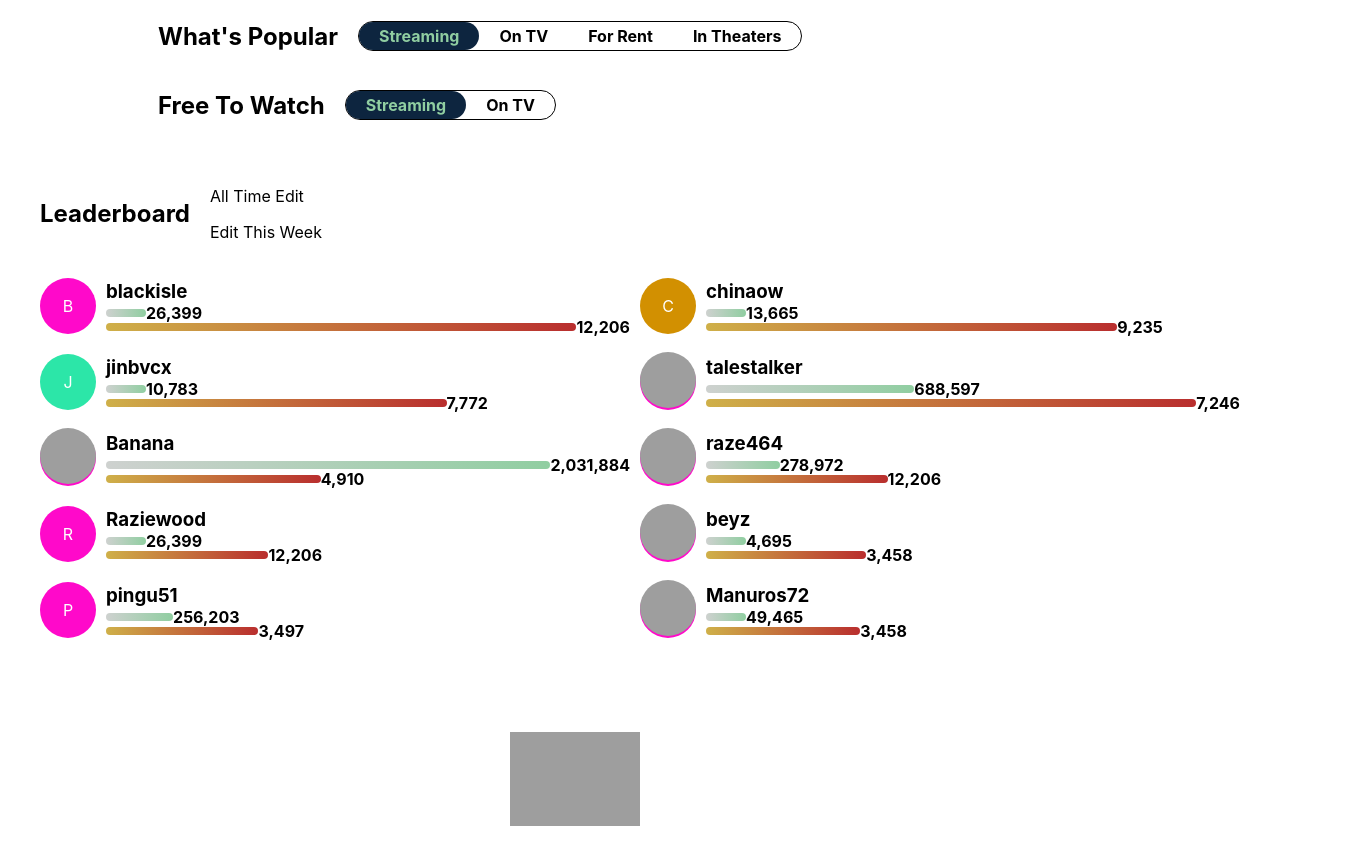
Repository: Fauzaanmhmd/qnpTesFrontend
Page: /
The author's editor kept a copy of each file at every save. The page is drawn from the files as they stood at one save, then again after the next save.
The browser window is 1280 px wide. The page is 1371 px wide, so the pictures cover 1371 px, including what lies to the right of the window. The pictures show the part of the page from y = 366 to 1234 px (the page is 1214 px tall before and 1234 px after).
Pictures or frames that could not be fetched are drawn as grey boxes. The page's requests for data from a server got no answer. The project was rebuilt for these pictures with package versions that can differ from the ones it lists, and the page was loaded fresh each time. The framework's server and built-in components were replaced by stand-ins that run in the browser. No one was signed in, and anything a server would have sent is missing. Also part of the build but not shown: next.config.js, styles/Moviecard.module.scss, pages/components/Moviecard.tsx.

Above is the page before, as saved 2022-03-21 00:43:02.

### pages/index.tsx
import type { NextPage } from 'next'
import styles from '../styles/Home.module.scss'
import Section from './Section'
import { useEffect, useState } from 'react'
import axios from 'axios'
import MovieCard from './components/Moviecard'
import Youtube from 'react-youtube'
import { ReactNode } from 'react'
import Navbar from './components/Navbar'
import Banner from './components/Banner'
import Trailers from './components/Trailers'
import Leaderboard from './Leaderboard'
import Footer from './Footer'


const Home: NextPage = () => {

  const MOVIE_API = "https://api.themoviedb.org/3"
  const SEARCH_API = MOVIE_API + "search/movie"
  const BACKDROP_PATH = "https://image.tmdb.org/t/p/w1280"
  const API_KEY = "b3802c15c1569a1a0caa6bee01c6f23e"
  const DISCOVER_API = `${MOVIE_API}/discover/movie`

  const [movie, setMovie] = useState({ title: "Loading Movies" })
  const [trailer, setTrailer] = useState(null)
  const [playing, setPlaying] = useState(false)
  const [movies, setMovies] = useState([])
  const [searchKey, setSearchKey] = useState("")

  const [activeTab, setActiveTab] = useState("tab1")
  const [activeTab2, setActiveTab2] = useState("tab5")
  const handleTab1 = () => {
    setActiveTab("tab1")
  }
  const handleTab2 = () => {
    setActiveTab("tab2")
  }
  const handleTab3 = () => {
    setActiveTab("tab3")
  }
  const handleTab4 = () => {
    setActiveTab("tab4")
  }
  const handleTab5 = () => {
    setActiveTab2("tab5")
  }
  const handleTab6 = () => {
    setActiveTab2("tab6")
  }

  useEffect(() => {
    fetchMovies()
  }, [])

  const fetchMovies = async () => {

    const { data } = await axios.get(`${searchKey ? SEARCH_API : DISCOVER_API}`, {
      params: {
        api_key: API_KEY,
        query: searchKey
      }
    })

    console.log(data)
    setMovies(data.results)
  }

  const renderMovies = () => {
    return movies?.map((movie: any) => (
      <MovieCard
        key={movie.id}
        movie={movie}
      />
    ))
  }

  return (
    <div>
      <header>
        <Navbar />
      </header>
      <section className={styles.container}>
        <Banner />
      </section>
      <section className={styles.container}>
        <div className={styles.ColumnWrapper}>
          <div className={styles.ContentWrapper}>
            <div className={styles.Column}>
              <div className={styles.ColumnHeader}>
                <h2>What's Popular</h2>
                <div>
                  <div className={styles.Selector}>
                    <div className={`${styles.Anchor} ${activeTab === "tab1" ? styles.active : ""}`} onClick={handleTab1}>
                      <h3>
                        <a>Streaming</a>
                      </h3>
                    </div>
                    <div className={`${styles.Anchor} ${activeTab === "tab2" ? styles.active : ""}`} onClick={handleTab2}>
                      <h3>
                        <a>On TV</a>
                      </h3>
                    </div>
                    <div className={`${styles.Anchor} ${activeTab === "tab3" ? styles.active : ""}`} onClick={handleTab3}>
                      <h3>
                        <a>For Rent</a>
                      </h3>
                    </div>
                    <div className={`${styles.Anchor} ${activeTab === "tab4" ? styles.active : ""}`} onClick={handleTab4}>
                      <h3>
                        <a>In Theaters</a>
                      </h3>
                    </div>
                  </div>
                </div>
              </div>
              <div className={styles.RenderMovie}>
                {renderMovies()}
              </div>
              <div className={styles.ColumnHeader}>
                <h2>Free To Watch</h2>
                <div>
                  <div className={styles.Selector}>
                    <div className={`${styles.Anchor} ${activeTab2 === "tab5" ? styles.active : ""}`} onClick={handleTab5}>
                      <h3>
                        <a>Streaming</a>
                      </h3>
                    </div>
                    <div className={`${styles.Anchor} ${activeTab2 === "tab6" ? styles.active : ""}`} onClick={handleTab6}>
                      <h3>
                        <a>On TV</a>
                      </h3>
                    </div>
                  </div>
                </div>
              </div>
            </div>
          </div>
        </div>
        <Leaderboard />
        <Footer />
      </section>
      {/* <Trailers /> */}
    </div >
  )

}


export default Home

### styles/Home.module.scss
@import "./utils/utils.scss";

.container {
    width: 100%;
    display: flex;
    flex-wrap: wrap;
    align-content: flex-start;
    justify-content: center;
    background-color: #fff;
}

.RenderMovie {
    display: flex;
    align-items: center;
    flex-wrap: nowrap;
    flex-direction: row;
    margin-top: 8px;
    margin: 0 0 0 2rem;
    max-width: 100%;
    overflow-x: auto;
}

.ColumnWrapper {
    width: 100%;
    display: flex;
    justify-content: center;
    align-items: flex-start;
    align-content: flex-start;

    h2 {
        margin-right: 20px;
    }
}

.ContentWrapper {
    max-width: var(--maxPrimaryPageWidth);
    width: 100%;
    display: flex;
    align-items: flex-start;
    align-content: flex-start;
    padding: 0 110px 0 110px;
}

.Column {
    width: 100%;
}

.ColumnHeader {
    display: flex;
    justify-content: flex-start;
    align-items: center;
    align-content: center;
    padding-left: 3rem;
}

.active {
    background-color: $darkblue;
    border-radius: 30px;
    color: $lightgreen;
}

.Selector {
    display: flex;
    justify-content: flex-start;
    align-items: stretch;
    align-content: center;
    border: 1px solid black;
    border-radius: 30px;

    h3 {
        margin: 0;
        padding: 4px 20px;
        display: inline-flex;
        align-content: center;
        align-items: center;
        justify-content: center;
        font-size: 1em;
        margin-bottom: 0;
        white-space: nowrap;

        a {
            cursor: pointer;
        }
    }
}

.Acnhor {
    position: relative;
    top: 0;
    left: 0;
    z-index: 1;
}

### pages/components/Navbar.tsx
import styles from "../../styles/Navbar.module.scss"
import { ImPlus } from "react-icons/im";
import { IoIosNotifications } from "react-icons/io";
import { IoMdSearch } from "react-icons/io";
import { useState } from "react";


const Navbar = () => {
    const [showPlus, setShowPlus] = useState(false)

    const submitPlus = () => {
        setShowPlus(true)
    }

    return (
        <div className={styles.Navbar}>
            <div className={styles.MenuBar}>
                <ul className={styles.NavbarItem}>
                    <li><img src="https://www.themoviedb.org/assets/2/v4/logos/v2/blue_short-8e7b30f73a4020692ccca9c88bafe5dcb6f8a62a4c6bc55cd9ba82bb2cd95f6c.svg" /></li>
                    <li><a>Movies</a>
                        <div className={styles.Submenu}>
                            <ul>
                                <li>Popular</li>
                                <li>Now Playing</li>
                                <li>Upcoming</li>
                                <li>Top Rated</li>
                            </ul>
                        </div>
                    </li>
                    <li><a>TV Shows</a>
                        <div className={styles.Submenu}>
                            <ul>
                                <li>Popular</li>
                                <li>Now Playing</li>
                                <li>Upcoming</li>
                                <li>Top Rated</li>
                            </ul>
                        </div>
                    </li>
                    <li><a>People</a>
                        <div className={styles.Submenu}>
                            <ul>
                                <li>Popular</li>
                            </ul>
                        </div>
                    </li>
                    <li><a>More</a>
                        <div className={styles.Submenu}>
                            <ul>
                                <li>Discussion</li>
                                <li>Leaderbord</li>
                                <li>Support</li>
                                <li>API</li>
                            </ul>
                        </div>
                    </li>
                </ul>
            </div>
            <div className={styles.MenuBar}>
                <ul className={styles.NavbarIcon}>
                    <li><a onClick={submitPlus}><ImPlus /></a>
                        {
                            showPlus &&
                            <div className={styles.Submenu}>
                                <ul>
                                    <li>Add New Movie</li>
                                    <li>Add New Movie</li>
                                </ul>
                            </div>
                        }
                    </li>
                    <li><a>EN</a>
                        <div className={styles.Submenu}>
                            <ul>
                                <li>Add New Movie</li>
                                <li>Add New Movie</li>
                            </ul>
                        </div>
                    </li>
                    <li className={styles.SubIcon}><a><IoIosNotifications /></a>
                        <div className={styles.Submenu}>
                            <ul>
                                <li><p>Unread Notifications</p></li>
                            </ul>
                        </div>
                    </li>
                    <li className={styles.SubIcon}><a><IoMdSearch /></a>
                        <div className={styles.Submenu}>
                            <ul>
                                <li><p>Unread Notifications</p></li>
                            </ul>
                        </div>
                    </li>
                </ul>
            </div>
        </div>
    )
}

export default Navbar

### pages/components/Banner.tsx
import styles from "../../styles/Banner.module.scss"

const Banner = () => {
    return (
        <div className={styles.container}>
            <div className={styles.BannerImg}>
                <img src="https://www.themoviedb.org/t/p/w1920_and_h600_multi_faces_filter(duotone,032541,01b4e4)/sfjqJDmNqMIImO5khiddb9TARvO.jpg" />
            </div>
            <div className={styles.MediaWrap}>
                <div className={styles.title}>
                    <h1>Welcome</h1>
                    <h2>Millions of movies, TV shows and people to discover. Explore now.</h2>
                    <form>
                        <label>
                            <input className={styles.inputSearch} type="text" placeholder="Seach for a movie, tv show, person....." />
                            <input className={styles.inputSubmit} type="submit" value="Search" />
                        </label>
                    </form>
                </div>
            </div>
        </div>
    )
}

export default Banner

### pages/Footer.tsx
import styles from "../styles/Footer.module.scss"

const Footer = () => {
    return (
        <footer className={styles.singleColumn}>
            <div className={styles.container}>
                <div className={styles.join}>
                    <img src="https://www.themoviedb.org/assets/2/v4/logos/v2/blue_square_2-d537fb228cf3ded904ef09b136fe3fec72548ebc1fea3fbbd1ad9e36364db38b.svg" />
                </div>
            </div>
        </footer>
    )
}

export default Footer

### styles/utils/utils.scss
@import "./color.scss";

### styles/utils/color.scss
$lightgreen : #90cea1;
$white: #FFFFFF;
$lightblue: #01b4e4;
$darkblue: #0d253f;
$pink: #ff09ca;
$lightergreen: #ced1cf ;
$logoorange: #cfb049 ;
$logored: #b92e2e;
$accountTeal: #2ce6a8;

### styles/Navbar.module.scss
@import "./utils/utils.scss";

.Navbar {
    display: flex;
    justify-content: space-between;
    background-color: $darkblue;
    width: 100%;
    height: 4rem;
    align-items: center;
    padding: 0 6rem 0 6rem;
}

.MenuBar {
    text-align: center;
}

.MenuBar ul {
    display: inline-flex;
    list-style: none;
}

.MenuBar ul li {
    padding: 1rem;
}

.NavbarItem {
    display: flex;

    img {
        width: 154px;
        height: 20px;
    }
}

.NavbarIcon {
    display: flex;
    justify-content: center;
}

.SubIcon {
    a {
        svg {
            width: 24px;
            height: 24px;
        }
    }
}

.Submenu {
    display: none;
}

.MenuBar ul li:hover .Submenu {
    display: block;
    position: absolute;
    background-color: $white;
    margin-top: 10px;
    margin-left: -15px;
    width: 13rem;
}

.Submenu {
    li {
        cursor: pointer;
    }
}

.MenuBar li a {
    cursor: pointer;
    text-decoration: none;
    color: $white;
}

.MenuBar ul li:hover .Submenu ul {
    display: block;
    margin: 10px;
}

.MenuBar ul li:hover .Submenu ul {
    padding: 5px;
    background: transparent;
    text-align: left;
}

### styles/Banner.module.scss
@import "./utils/utils.scss";

.container {
    display: flex;
    flex-wrap: wrap;
    justify-content: center;
    width: 100%;
    box-sizing: border-box;
}

.BannerImg {
    img {
        width: 1300px;
        height: 300px;
    }
}

.MediaWrap {
    width: 100%;
    display: flex;
    align-items: flex-start;
    align-content: flex-start;
    padding-left: 10rem;
    padding-top: 4rem;
    position: absolute;
}

.title {
    color: $white;
    h1 {
        margin-bottom: 0;
    }

    h2 {
        margin-top: 0;
    }

    form {
        margin-top: 30px;
        position: relative;
        top: 0;
        left: 0;
    }
}


.inputSearch {
    height: 46px;
    width: 1210px;
    height: 46px;
    line-height: 46px;
    font-size: 1.1em;
    color: rgba(0,0,0,0.5);
    border: none;
    border-radius: 30px;
    padding: 10px 20px;
    outline: none;
}

.inputSubmit {
    display: inline-flex;
    justify-content: center;
    align-content: center;
    align-items: center;
    height: 46px;
    padding: 10px 26px;
    border: none;
    background: $lightblue;
    border-radius: 30px;
    position: absolute;
    top: 0;
    right: -1px;
    color: #fff;
    cursor: pointer;
}

### styles/Leaderboard.module.scss
@import "./utils/utils.scss";

.Container {
    width: 1300px;
    display: flex;
    justify-content: center;
}

.ColumnWrapper {
    width: 100%;
    display: flex;
    align-items: flex-start;
    align-content: flex-start;
    padding-left: 40px;
    padding-right: 40px;
    padding-top: 30px;
    padding-bottom: 30px
}

.Column {
    width: 100%;
}

.ColumnHeader {
    display: flex;
    justify-content: flex-start;
    align-items: center;
    align-content: center;

    h2 {
        margin-right: 20px;
        white-space: nowrap;
    }
}

.HeaderEdit {
    display: block;
}

.Content {
    padding-top: 20px;
}

.Leaderboard {
    width: 100%;
    margin: 0;
    padding: 0;
    list-style-type: none;
    list-style-position: inside;
    display: flex;
    flex-wrap: wrap;

    li {
        padding: 0;
        margin: 0;
        display: flex;
        align-items: center;
        align-content: center;
        width: 50%;
        margin-bottom: 20px;
    }
}

.Leaderboard li:nth-child(odd) {
    padding-right: 10px;
}

.avatar {
    min-width: 56px;
    width: 56px;
    height: 56px;
    margin-right: 10px;
    display: flex;
    justify-content: center;
    align-items: center;
    background-color: $pink;
    border-radius: 50%;

    img {
        border-radius: 50%;
        width: 56px;
        height: 56px;
    }

    span {
        color: $white;
    }
}

.avatarJ {
    min-width: 56px;
    width: 56px;
    height: 56px;
    margin-right: 10px;
    display: flex;
    justify-content: center;
    align-items: center;
    background-color: $accountTeal;
    border-radius: 50%;

    span {
        color: $white;
    }
}

.avatarC {
    min-width: 56px;
    width: 56px;
    height: 56px;
    margin-right: 10px;
    display: flex;
    justify-content: center;
    align-items: center;
    background-color: #D29001;
    border-radius: 50%;

    span {
        color: $white;
    }
}

.data {
    width: 100%;
    display: flex;
    align-items: center;
    align-content: center;
    flex-wrap: wrap;

    h3 {
        margin: 0;
        padding: 0;
        color: #000;
    }
}

.meter {
    width: 100%;
    height: 8px;
    display: flex;
    align-items: center;
    align-content: center;
    margin-top: 6px;
}

.gauge {
    height: 100%;
    min-width: 40px;
    border-radius: 4px;
    background: linear-gradient(to right, $lightergreen, $lightgreen);
}

.gaugeT {
    height: 100%;
    width: 39%;
    border-radius: 4px;
    background: linear-gradient(to right, $lightergreen, $lightgreen);
}

.gaugeB {
    height: 100%;
    width: 100%;
    border-radius: 4px;
    background: linear-gradient(to right, $lightergreen, $lightgreen);
}

.gaugeR {
    height: 100%;
    width: 13.8%;
    border-radius: 4px;
    background: linear-gradient(to right, $lightergreen, $lightgreen);
}

.gaugeP {
    height: 100%;
    width: 12.8%;
    border-radius: 4px;
    background: linear-gradient(to right, $lightergreen, $lightgreen);
}


.meterThisWeek {
    width: 100%;
    height: 8px;
    display: flex;
    align-items: center;
    align-content: center;
    margin-top: 6px;
}

.gaugeThisWeek {
    width: 100%;
    height: 100%;
    min-width: 40px;
    border-radius: 4px;
    background: linear-gradient(to right, $logoorange, $logored);
}

.gaugeThisWeekJ {
    width: 65%;
    height: 100%;
    min-width: 40px;
    border-radius: 4px;
    background: linear-gradient(to right, $logoorange, $logored);
}

.gaugeThisWeekC {
    width: 77%;
    height: 100%;
    min-width: 40px;
    border-radius: 4px;
    background: linear-gradient(to right, $logoorange, $logored);
}

.gaugeThisWeekB {
    width: 41%;
    height: 100%;
    min-width: 40px;
    border-radius: 4px;
    background: linear-gradient(to right, $logoorange, $logored);
}

.gaugeThisWeekR {
    width: 34%;
    height: 100%;
    min-width: 40px;
    border-radius: 4px;
    background: linear-gradient(to right, $logoorange, $logored);
}

.gaugeThisWeekRW {
    width: 31%;
    height: 100%;
    min-width: 40px;
    border-radius: 4px;
    background: linear-gradient(to right, $logoorange, $logored);
}

.gaugeThisWeekBz {
    width: 30%;
    height: 100%;
    min-width: 40px;
    border-radius: 4px;
    background: linear-gradient(to right, $logoorange, $logored);
}

.gaugeThisWeekP {
    width: 29.1%;
    height: 100%;
    min-width: 40px;
    border-radius: 4px;
    background: linear-gradient(to right, $logoorange, $logored);
}

.gaugeThisWeekM {
    width: 28.9%;
    height: 100%;
    min-width: 40px;
    border-radius: 4px;
    background: linear-gradient(to right, $logoorange, $logored);
}

### styles/Footer.module.scss
.singleColumn {
    max-width: 100%;
    width: 100vw;
    box-sizing: border-box;
    padding: 0;
    // background-image: radial-gradient(at 30% top, #031d33 0%, rgba(var(--tmdbDarkBlue), 1) 70%);
    background-position: center top;
    background-size: cover;
    background-repeat: no-repeat;
    display: flex;
    flex-wrap: wrap;
    align-items: center;
    align-content: space-between;
    justify-content: center;
}

.container {
    display: flex;
    justify-content: space-between;
    padding-top: 80px;
    padding-bottom: 80px;
}

.join {
    text-align: right;
    position: relative;
    top: -36px;
    right: 0;

    img {
        display: block;
        position: absolute;
        top: 0;
        right: 0;
        width: 130px;
        height: 94px;
    }
}

Loaded but not shown: pages/_app.tsx (common file); styles/globals.scss (common file); pages/Leaderboard.tsx (245 lines, source omitted)

After the next save:
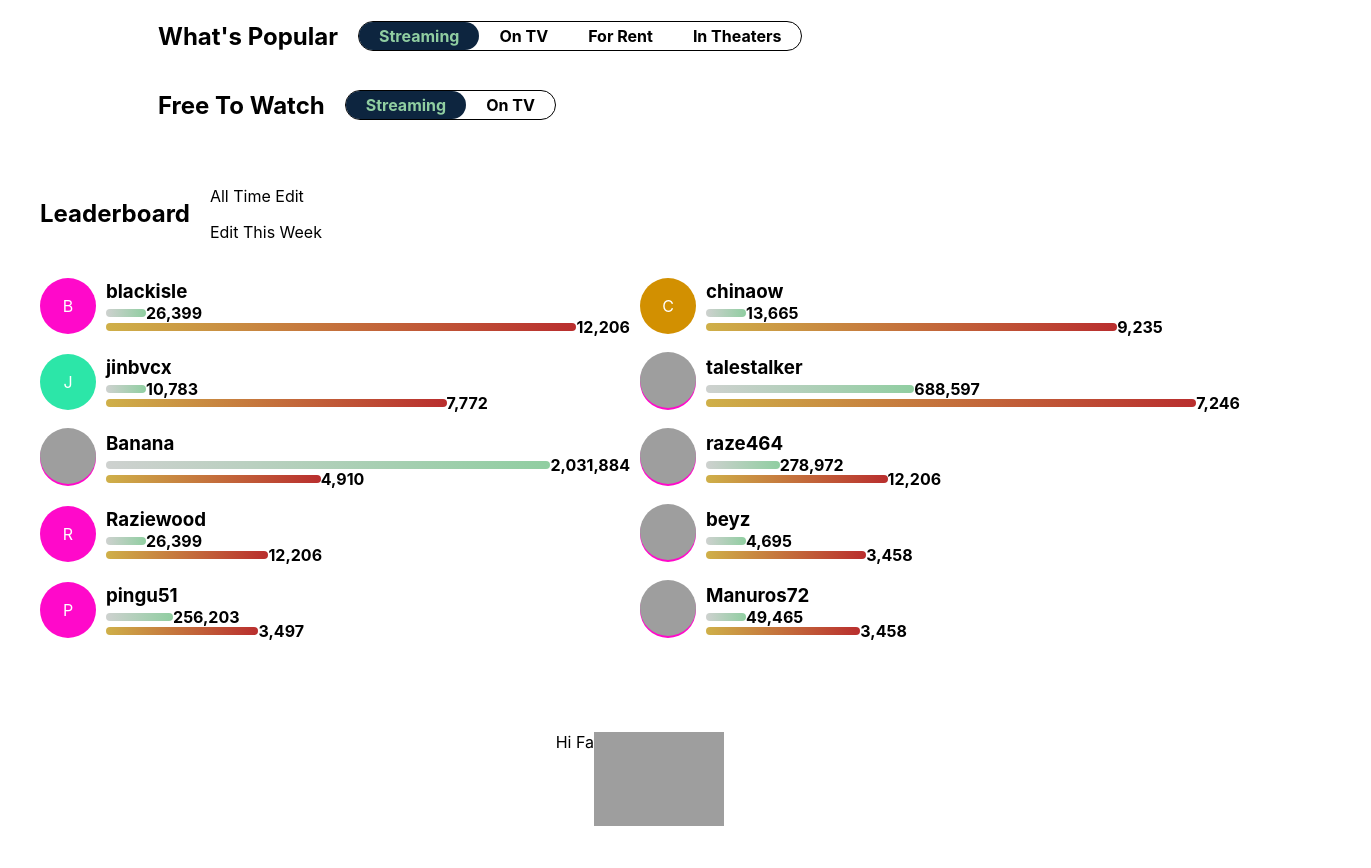
Saved 63 s later.
--- a/pages/Footer.tsx
+++ b/pages/Footer.tsx
@@ -6,6 +6,7 @@
             <div className={styles.container}>
                 <div className={styles.join}>
                     <img src="https://www.themoviedb.org/assets/2/v4/logos/v2/blue_square_2-d537fb228cf3ded904ef09b136fe3fec72548ebc1fea3fbbd1ad9e36364db38b.svg" />
+                    <a className={styles.rounded}>Hi Fauzan Muhammad</a>
                 </div>
             </div>
         </footer>
